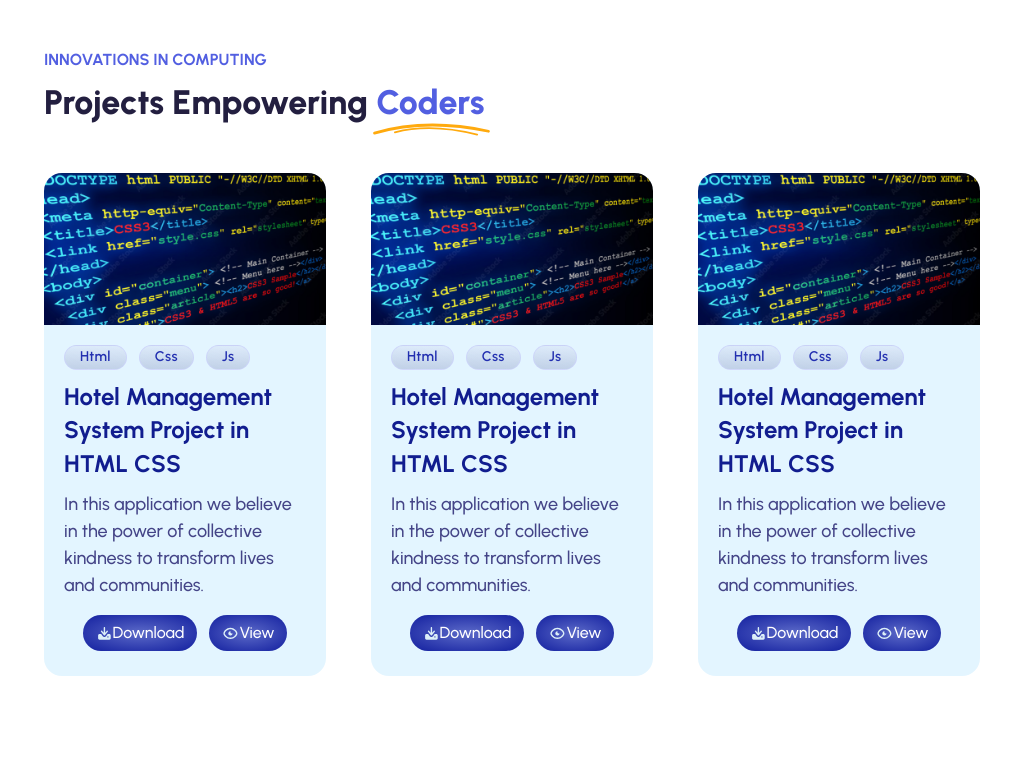
Repository: sharma171/jtccreativeideas
Page: /newsection (app in nextjssite/)
These files come from the project's save history. The page is drawn as it stood at one moment and after the next save; the edit follows.
The browser window is 1024 px wide. The pictures show the whole page.
The project was rebuilt for these pictures with package versions that can differ from the ones it lists, and the page was loaded fresh each time. The framework's server and built-in components were replaced by stand-ins that run in the browser. Also part of the build but not shown: nextjssite/next.config.mjs.

Above is the page before, as saved 2024-03-28 16:18:55.

After the next save:
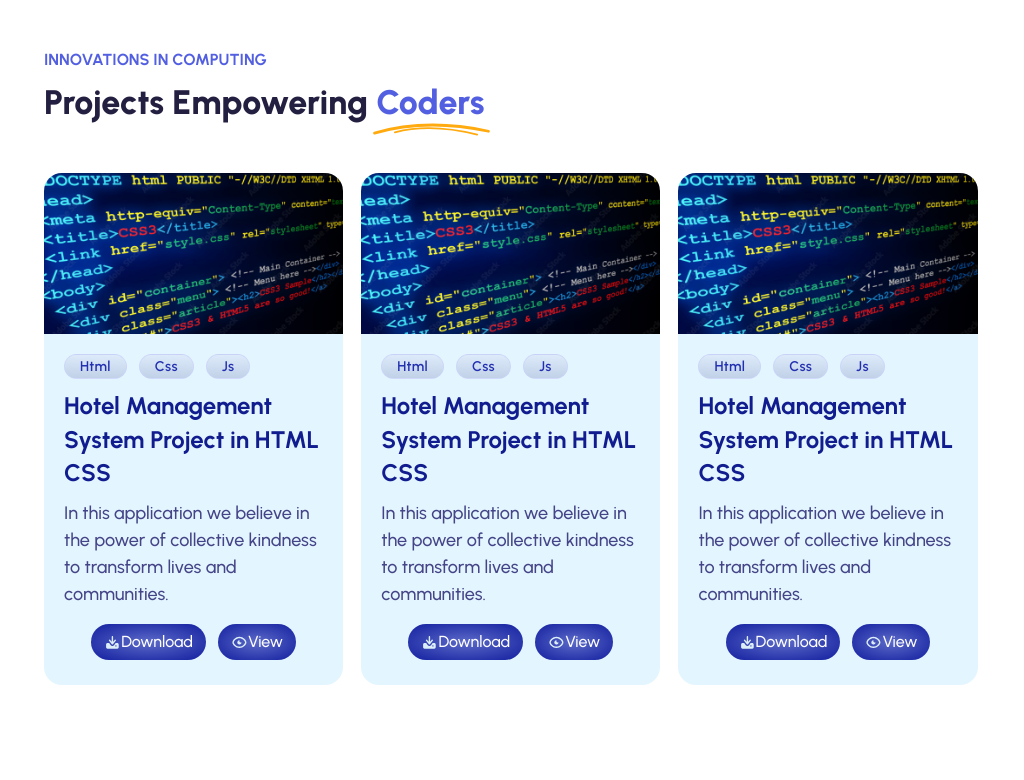
Saved 3 min 45 s later.
--- a/nextjssite/src/app/newsection/page.css
+++ b/nextjssite/src/app/newsection/page.css
@@ -124,4 +124,11 @@ section.projects {
     .project-cards li .card-inner .info .tech-info span{
         font-size: 14px;
     }
+    .project-cards {
+        gap:18px;
+
+    }
+    .project-cards li {
+        width: calc(33.33333333333333% - 12.8px);
+    }
 }
